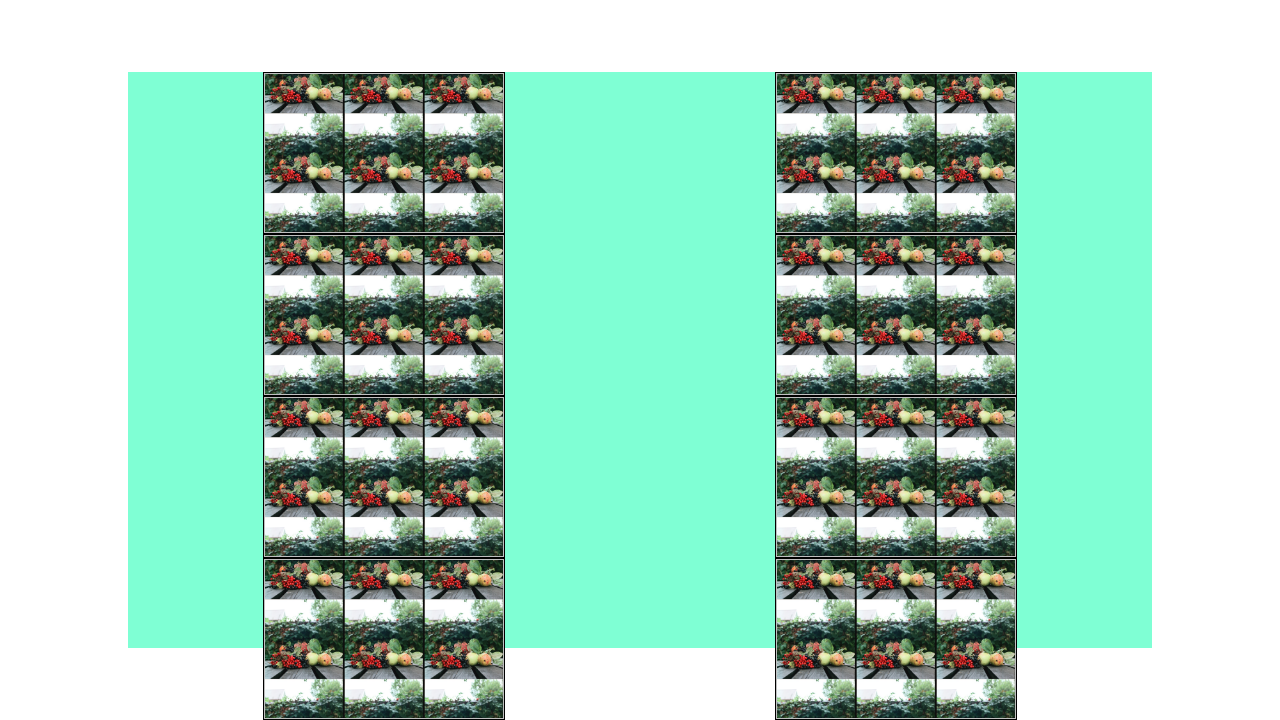
Repository: lidkaa/devTasks
Page: 0. Zadania Testowe/zadania/FlexboxCentered.html
These files come from the project's save history. The page is drawn as it stood at one moment and after the next save; the edit follows.
The browser window is 1280 px wide. The pictures show the whole page.

Above is the page before, as saved 2022-02-01 09:35:51.

### 0. Zadania Testowe/zadania/FlexboxCentered.html
<!DOCTYPE html>
<html lang="en">
<head>
    <meta charset="UTF-8">
    <meta http-equiv="X-UA-Compatible" content="IE=edge">
    <meta name="viewport" content="width=device-width, initial-scale=1.0">
    <link rel="stylesheet" type="text/css" href="flexboxcentered.css">
    <title>Document</title>
</head>
<body>
    <div class="presentation">
        <ul class="cells">
            <li class="cell">
                <img />
            </li>
            <li class="cell">
                <img />
            </li>
            <li class="cell">
                <img />
            </li>
            <li class="cell">
                <img />
            </li>
            <li class="cell">
                <img />
            </li>
            <li class="cell">
                <img />
            </li>
            <li class="cell">
                <img />
            </li>
            <li class="cell">
                <img />
            </li>
            <li class="cell">
                <img />
            </li>
        </ul>
    </div>
</body>
</html>

### 0. Zadania Testowe/zadania/flexboxcentered.css
* {
    margin: 0;
    padding: 0;
}

.presentation {
    position: fixed;
    height: 100vh;
    width: 100vw;
    display: flex;
    justify-content: center;
    align-items: center;
}

.cells {
    display: flex;
    justify-content: space-around;
    align-items: center;
    flex-direction: row;
    flex-wrap: wrap;
    list-style-type: none;
    height: 80vh;
    width: 80vw;
    background-color: aquamarine;
}

.cell {
    height: 10em;
    width: 15em;
    border: 1px solid black;
    margin: 0 90px;
    overflow: hidden;
    transition: 2s ;
}

img {
    width: 100%;
    height: 100%;
    background-image: url('./pexel/pexel1.jpg');
    background-position: center;
    background-size: 5em;
  }

  .cell:hover {

  }

After the next save:
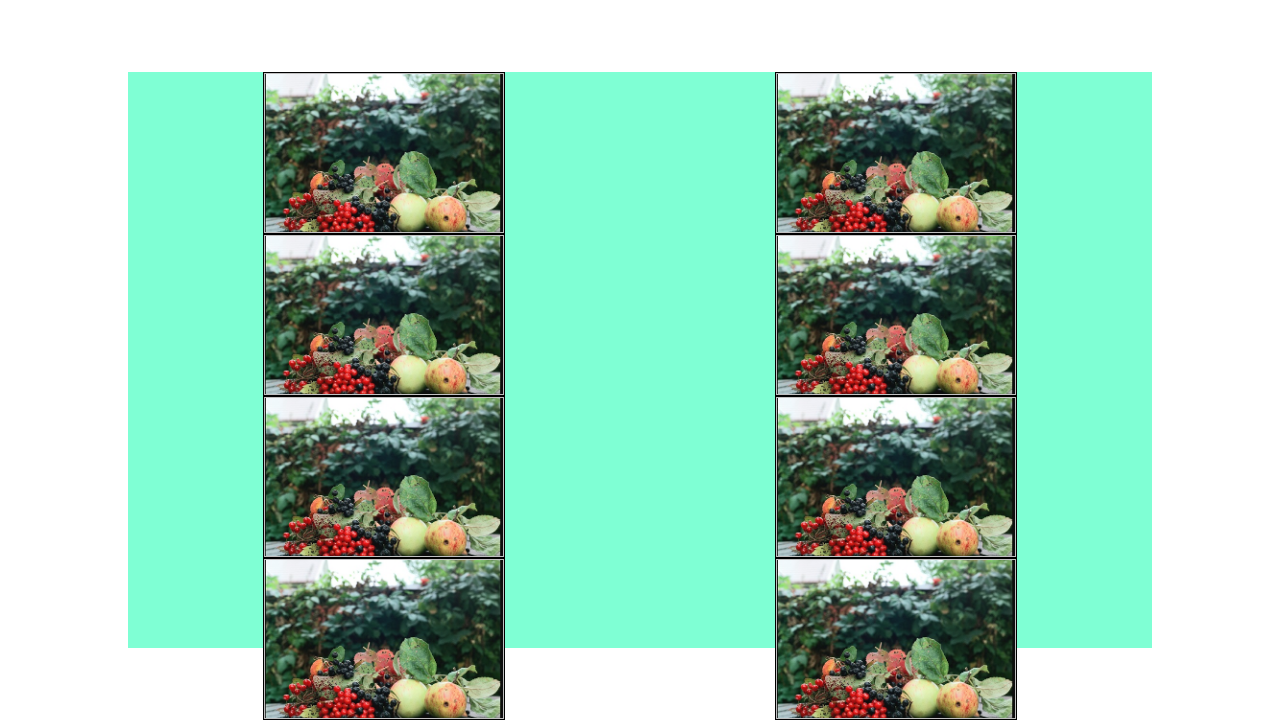
Saved 11 s later.
--- a/0. Zadania Testowe/zadania/flexboxcentered.css
+++ b/0. Zadania Testowe/zadania/flexboxcentered.css
@@ -38,7 +38,7 @@ img {
     height: 100%;
     background-image: url('./pexel/pexel1.jpg');
     background-position: center;
-    background-size: 5em;
+    background-size: 100%;
   }
 
   .cell:hover {
